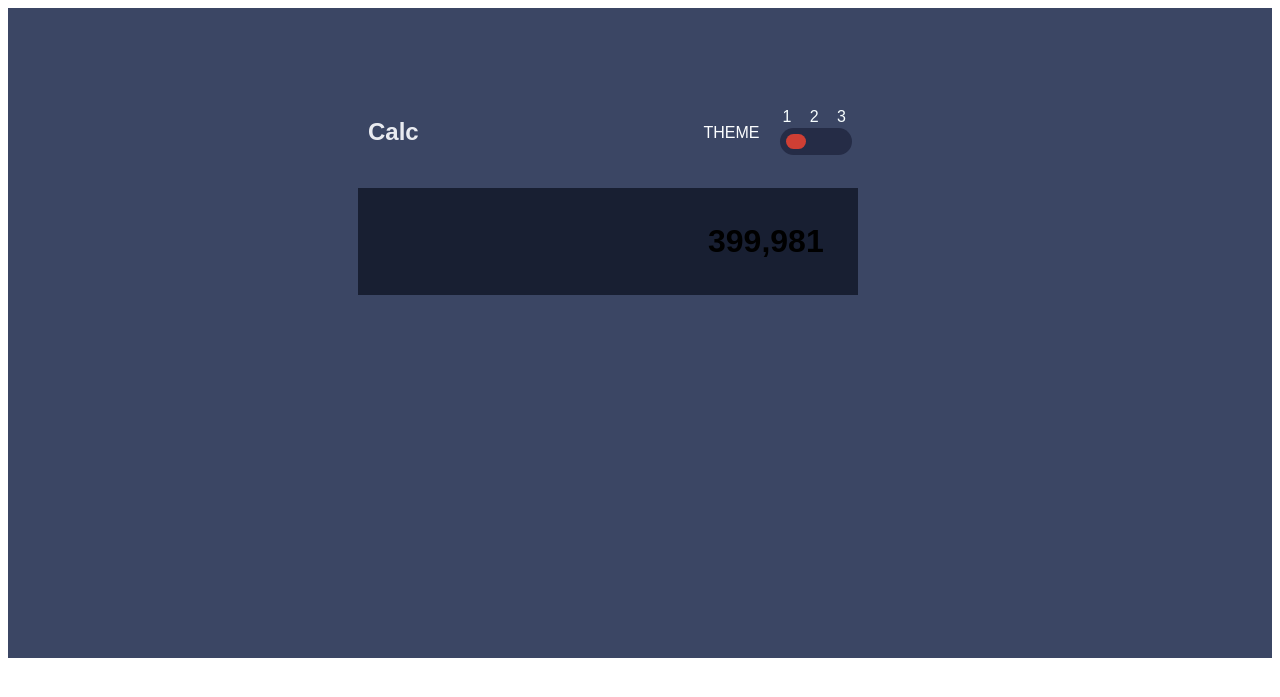
Repository: Bakyproit/Calcutor
Page: SimpleCalculatorApp.html
An editor plug-in stored every save of this project. The page is shown before and after a run of saves, followed by the edit.
The browser window is 1280 px wide. The pictures show the whole page.

Above is the page before, as saved 2022-02-09 16:08:50.

### SimpleCalculatorApp.html
<!DOCTYPE html>
<html lang="en">
<head>
    <meta charset="UTF-8">
    <meta http-equiv="X-UA-Compatible" content="IE=edge">
    <meta name="viewport" content="width=device-width, initial-scale=1.0">
    <title>SimpleCalculatorApp</title>
    <link rel="stylesheet" href="asset/App.css">
    <link rel="stylesheet" href="asset/grid.css">
</head>
<body>
    <div class="container">
        <div class="app">
            <div class="app__title">
                <h1 class="app__title-name">Calc</h1>
                <div class="app__title-theme">
                    <p class="app__title-theme-name">THEME</p>
                    <div class="app__title-theme-box">
                        <div class="app__title-theme-box-number">
                            <span class="app__title-theme-box-number-1">1</span>
                            <span class="app__title-theme-box-number-2">2</span>
                            <span class="app__title-theme-box-number-3">3</span>
                        </div>
                        <div class="app__title-theme-box-toggle">
                            <label for="toggle-input" class="toggle">
                                <input type="checkbox" id="toggle-input" class="toggle__checkbox">
                                <div class="toggle__bar">
                                    <div class="toggle__spin"></div>
                                </div>
                            </label>
                        </div>
                    </div>
                </div>
            </div>

            <div class="app__content">
                <h1 class="app__content-number">399,981</h1>
            </div>
        </div>
    </div>
</body>
</html>

### asset/App.css
html{
    font-family:Arial, Helvetica, sans-serif ;
    box-sizing: border-box;
    padding: 0 ;
    margin: 0;
}
h1{
    margin: 0;
}

.container{
    height: 650px;
    width: 100%;
    background-color: #3b4664;
    position: relative;
}
.app{
    width: 500px;
    position:absolute ;
    top:100px ;
    left:350px;

}
.app__title{
    display: flex;
    justify-content:space-between;

}
.app__title-name{
    color : #e9ebf0 ;
    font-size: 24px;
    padding: 10px;
}
.app__title-theme{
    display: flex;
}
.app__title-theme-name{
    color :20px ;
    color:#fcfeff ;
    margin-right: 16px;
}
.app__title-theme-box{
    display: flex;
    flex-direction: column;
    padding-right: 5px;
}
.app__title-theme-box-number{
    color : #f8ffff ;
}
.app__title-theme-box-number-1{
    padding: 0 7px;
}
.app__title-theme-box-number-2{
    padding: 0 7px;

}
.app__title-theme-box-number-3{
    padding: 0 7px;

}
.app__title-theme-box-toggle{
    padding-top: 2px;
    padding-left: 5px;
}
.toggle__checkbox{
    display: none;
}
.toggle__bar{
    width: 60px;
    height: 15px;
    background-color: #252c46;
    border-radius: 5rem;
    /* transition: background-color 4s linear; */
    padding: 6px;
}
.toggle__spin{
    width: 20px;
    height: 15px;
    background-color: #cf3f34;
    border-radius: 3rem;
    transition: transform .3s linear;
}
.toggle__checkbox:checked ~ .toggle__bar{
    background-color: #a2aac6;
}
.toggle__checkbox:checked + .toggle__bar .toggle__spin {
    transform: translateX(2.5rem);
}


.app__content{
    background-color: #181f32;
    margin:30px 0;
}
.app__content-number{
    padding: 35px 35px 35px 350px;

}

### asset/grid.css
.grid {
    width: 100%;
    display: block;
    padding: 0;

}

.grid.wide {
    max-width: 1200px;
    margin: 0 auto;
}

.row {
    display: flex;
    flex-wrap: wrap;
    margin-left: -4px;
    margin-right: -4px;
}

.row.no-gutters {
    margin-left: 0;
    margin-right: 0;
}

.col {
    padding-left: 4px;
    padding-right: 4px;
}

.row.no-gutters .col {
    padding-left: 0;
    padding-right: 0;
}

.c-0 {
    display: none;
}

.c-1 {
    flex: 0 0 8.33333%;
    max-width: 8.33333%;
}

.c-2 {
    flex: 0 0 16.66667%;
    max-width: 16.66667%;
}

.c-3 {
    flex: 0 0 25%;
    max-width: 25%;
}

.c-4 {
    flex: 0 0 33.33333%;
    max-width: 33.33333%;
}

.c-5 {
    flex: 0 0 41.66667%;
    max-width: 41.66667%;
}

.c-6 {
    flex: 0 0 50%;
    max-width: 50%;
}

.c-7 {
    flex: 0 0 58.33333%;
    max-width: 58.33333%;
}

.c-8 {
    flex: 0 0 66.66667%;
    max-width: 66.66667%;
}

.c-9 {
    flex: 0 0 75%;
    max-width: 75%;
}

.c-10 {
    flex: 0 0 83.33333%;
    max-width: 83.33333%;
}

.c-11 {
    flex: 0 0 91.66667%;
    max-width: 91.66667%;
}

.c-12 {
    flex: 0 0 100%;
    max-width: 100%;
}

.c-o-1 {
    margin-left: 8.33333%;
}

.c-o-2 {
    margin-left: 16.66667%;
}

.c-o-3 {
    margin-left: 25%;
}

.c-o-4 {
    margin-left: 33.33333%;
}

.c-o-5 {
    margin-left: 41.66667%;
}

.c-o-6 {
    margin-left: 50%;
}

.c-o-7 {
    margin-left: 58.33333%;
}

.c-o-8 {
    margin-left: 66.66667%;
}

.c-o-9 {
    margin-left: 75%;
}

.c-o-10 {
    margin-left: 83.33333%;
}

.c-o-11 {
    margin-left: 91.66667%;
}

/* >= Tablet */
@media (min-width: 740px) {
    .row {
        margin-left: -8px;
        margin-right: -8px;
    }

    .col {
        padding-left: 8px;
        padding-right: 8px;
    }

    .m-0 {
        display: none;
    }

    .m-1,
    .m-2,
    .m-3,
    .m-4,
    .m-5,
    .m-6,
    .m-7,
    .m-8,
    .m-9,
    .m-10,
    .m-11,
    .m-12 {
        display: block;
    }

    .m-1 {
        flex: 0 0 8.33333%;
        max-width: 8.33333%;
    }

    .m-2 {
        flex: 0 0 16.66667%;
        max-width: 16.66667%;
    }

    .m-3 {
        flex: 0 0 25%;
        max-width: 25%;
    }

    .m-4 {
        flex: 0 0 33.33333%;
        max-width: 33.33333%;
    }

    .m-5 {
        flex: 0 0 41.66667%;
        max-width: 41.66667%;
    }

    .m-6 {
        flex: 0 0 50%;
        max-width: 50%;
    }

    .m-7 {
        flex: 0 0 58.33333%;
        max-width: 58.33333%;
    }

    .m-8 {
        flex: 0 0 66.66667%;
        max-width: 66.66667%;
    }

    .m-9 {
        flex: 0 0 75%;
        max-width: 75%;
    }

    .m-10 {
        flex: 0 0 83.33333%;
        max-width: 83.33333%;
    }

    .m-11 {
        flex: 0 0 91.66667%;
        max-width: 91.66667%;
    }

    .m-12 {
        flex: 0 0 100%;
        max-width: 100%;
    }

    .m-o-1 {
        margin-left: 8.33333%;
    }

    .m-o-2 {
        margin-left: 16.66667%;
    }

    .m-o-3 {
        margin-left: 25%;
    }

    .m-o-4 {
        margin-left: 33.33333%;
    }

    .m-o-5 {
        margin-left: 41.66667%;
    }

    .m-o-6 {
        margin-left: 50%;
    }

    .m-o-7 {
        margin-left: 58.33333%;
    }

    .m-o-8 {
        margin-left: 66.66667%;
    }

    .m-o-9 {
        margin-left: 75%;
    }

    .m-o-10 {
        margin-left: 83.33333%;
    }

    .m-o-11 {
        margin-left: 91.66667%;
    }
}

/* PC medium resolution > */
@media (min-width: 1113px) {
    .row {
        margin-left: -6px;
        margin-right: -6px;
    }

    .row.sm-gutter {
        margin-left: -5px;
        margin-right: -5px;
    }

    .col {
        padding-left: 6px;
        padding-right: 6px;
    }

    .row.sm-gutter .col {
        padding-left: 5px;
        padding-right: 5px;
    }

    .l-0 {
        display: none;
    }

    .l-1,
    .l-2,
    .l-2-4,
    .l-3,
    .l-4,
    .l-5,
    .l-6,
    .l-7,
    .l-8,
    .l-9,
    .l-10,
    .l-11,
    .l-12 {
        display: block;
    }

    .l-1 {
        flex: 0 0 8.33333%;
        max-width: 8.33333%;
    }

    .l-2 {
        flex: 0 0 16.66667%;
        max-width: 16.66667%;
    }

    .l-2-4 {
        flex: 0 0 20%;
        max-width: 20%;
    }

    .l-3 {
        flex: 0 0 25%;
        max-width: 25%;
    }

    .l-4 {
        flex: 0 0 33.33333%;
        max-width: 33.33333%;
    }

    .l-5 {
        flex: 0 0 41.66667%;
        max-width: 41.66667%;
    }

    .l-6 {
        flex: 0 0 50%;
        max-width: 50%;
    }

    .l-7 {
        flex: 0 0 58.33333%;
        max-width: 58.33333%;
    }

    .l-8 {
        flex: 0 0 66.66667%;
        max-width: 66.66667%;
    }

    .l-9 {
        flex: 0 0 75%;
        max-width: 75%;
    }

    .l-10 {
        flex: 0 0 83.33333%;
        max-width: 83.33333%;
    }

    .l-11 {
        flex: 0 0 91.66667%;
        max-width: 91.66667%;
    }

    .l-12 {
        flex: 0 0 100%;
        max-width: 100%;
    }

    .l-o-1 {
        margin-left: 8.33333%;
    }

    .l-o-2 {
        margin-left: 16.66667%;
    }

    .l-o-3 {
        margin-left: 25%;
    }

    .l-o-4 {
        margin-left: 33.33333%;
    }

    .l-o-5 {
        margin-left: 41.66667%;
    }

    .l-o-6 {
        margin-left: 50%;
    }

    .l-o-7 {
        margin-left: 58.33333%;
    }

    .l-o-8 {
        margin-left: 66.66667%;
    }

    .l-o-9 {
        margin-left: 75%;
    }

    .l-o-10 {
        margin-left: 83.33333%;
    }

    .l-o-11 {
        margin-left: 91.66667%;
    }
}

/* Tablet - PC low resolution */
@media (min-width: 740px) and (max-width: 1023px) {
    .wide {
        width: 644px;
    }
}

/* > PC low resolution */
@media (min-width: 1024px) and (max-width: 1239px) {
    .wide {
        width: 984px;
    }

    .wide .row {
        margin-left: -12px;
        margin-right: -12px;
    }

    .wide .row.sm-gutter {
        margin-left: -5px;
        margin-right: -5px;
    }

    .wide .col {
        padding-left: 12px;
        padding-right: 12px;
    }

    .wide .row.sm-gutter .col {
        padding-left: 5px;
        padding-right: 5px;
    }

    .wide .l-0 {
        display: none;
    }

    .wide .l-1,
    .wide .l-2,
    .wide .l-2-4,
    .wide .l-3,
    .wide .l-4,
    .wide .l-5,
    .wide .l-6,
    .wide .l-7,
    .wide .l-8,
    .wide .l-9,
    .wide .l-10,
    .wide .l-11,
    .wide .l-12 {
        display: block;
    }

    .wide .l-1 {
        flex: 0 0 8.33333%;
        max-width: 8.33333%;
    }

    .wide .l-2 {
        flex: 0 0 16.66667%;
        max-width: 16.66667%;
    }

    .wide .l-2-4 {
        flex: 0 0 20%;
        max-width: 20%;
    }

    .wide .l-3 {
        flex: 0 0 25%;
        max-width: 25%;
    }

    .wide .l-4 {
        flex: 0 0 33.33333%;
        max-width: 33.33333%;
    }

    .wide .l-5 {
        flex: 0 0 41.66667%;
        max-width: 41.66667%;
    }

    .wide .l-6 {
        flex: 0 0 50%;
        max-width: 50%;
    }

    .wide .l-7 {
        flex: 0 0 58.33333%;
        max-width: 58.33333%;
    }

    .wide .l-8 {
        flex: 0 0 66.66667%;
        max-width: 66.66667%;
    }

    .wide .l-9 {
        flex: 0 0 75%;
        max-width: 75%;
    }

    .wide .l-10 {
        flex: 0 0 83.33333%;
        max-width: 83.33333%;
    }

    .wide .l-11 {
        flex: 0 0 91.66667%;
        max-width: 91.66667%;
    }

    .wide .l-12 {
        flex: 0 0 100%;
        max-width: 100%;
    }

    .wide .l-o-1 {
        margin-left: 8.33333%;
    }

    .wide .l-o-2 {
        margin-left: 16.66667%;
    }

    .wide .l-o-3 {
        margin-left: 25%;
    }

    .wide .l-o-4 {
        margin-left: 33.33333%;
    }

    .wide .l-o-5 {
        margin-left: 41.66667%;
    }

    .wide .l-o-6 {
        margin-left: 50%;
    }

    .wide .l-o-7 {
        margin-left: 58.33333%;
    }

    .wide .l-o-8 {
        margin-left: 66.66667%;
    }

    .wide .l-o-9 {
        margin-left: 75%;
    }

    .wide .l-o-10 {
        margin-left: 83.33333%;
    }

    .wide .l-o-11 {
        margin-left: 91.66667%;
    }
}

After the next 2 saves:
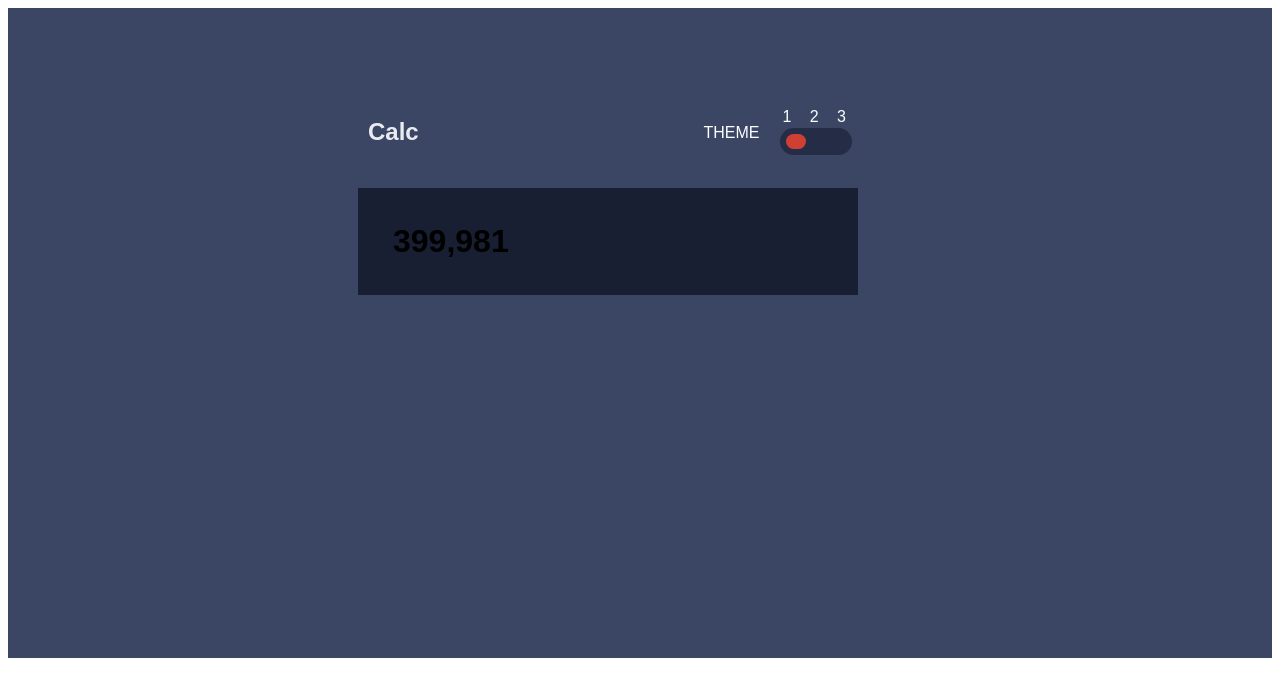
The 2 saves are shown as one change because they came seconds apart.
The last was saved 11 s later.
--- a/asset/App.css
+++ b/asset/App.css
@@ -93,6 +93,6 @@
     margin:30px 0;
 }
 .app__content-number{
-    padding: 35px 35px 35px 350px;
+    padding: 35px 35px ;
 
 }

After the 2 saves that followed:
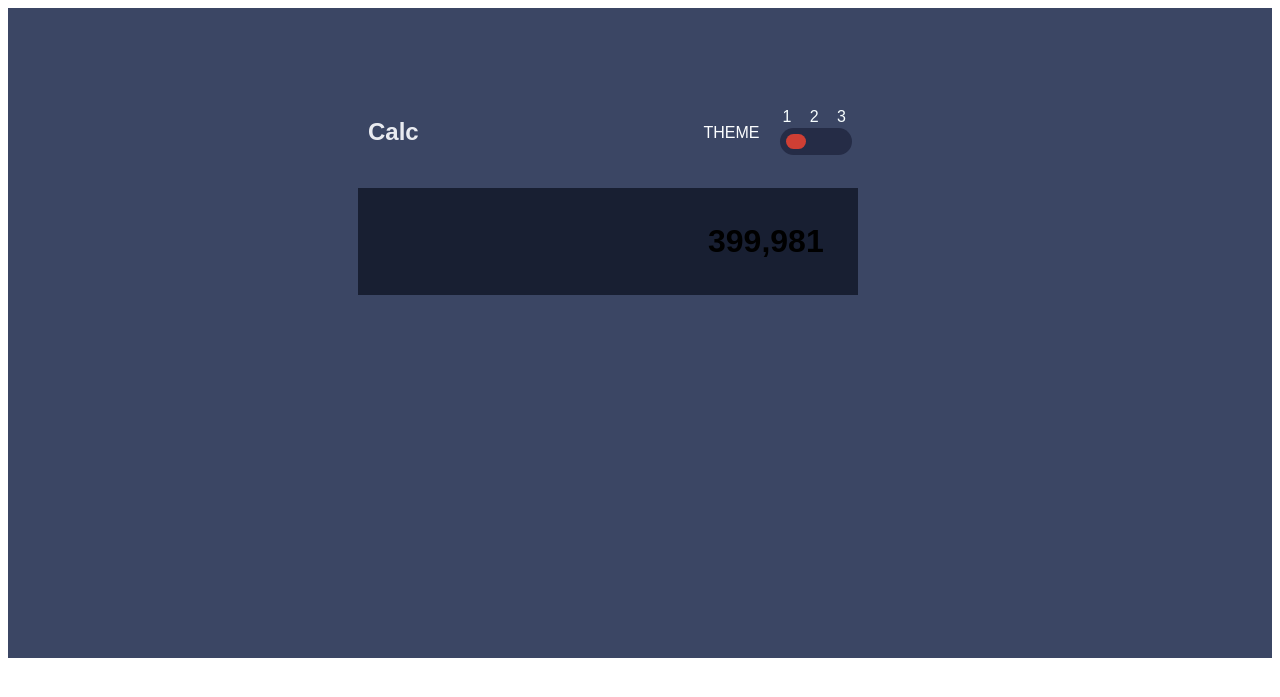
The 2 saves are shown as one change because they came seconds apart.
The last was saved 7 s later.
--- a/asset/App.css
+++ b/asset/App.css
@@ -94,5 +94,6 @@
 }
 .app__content-number{
     padding: 35px 35px ;
+    padding-left: 350px;
 
 }
